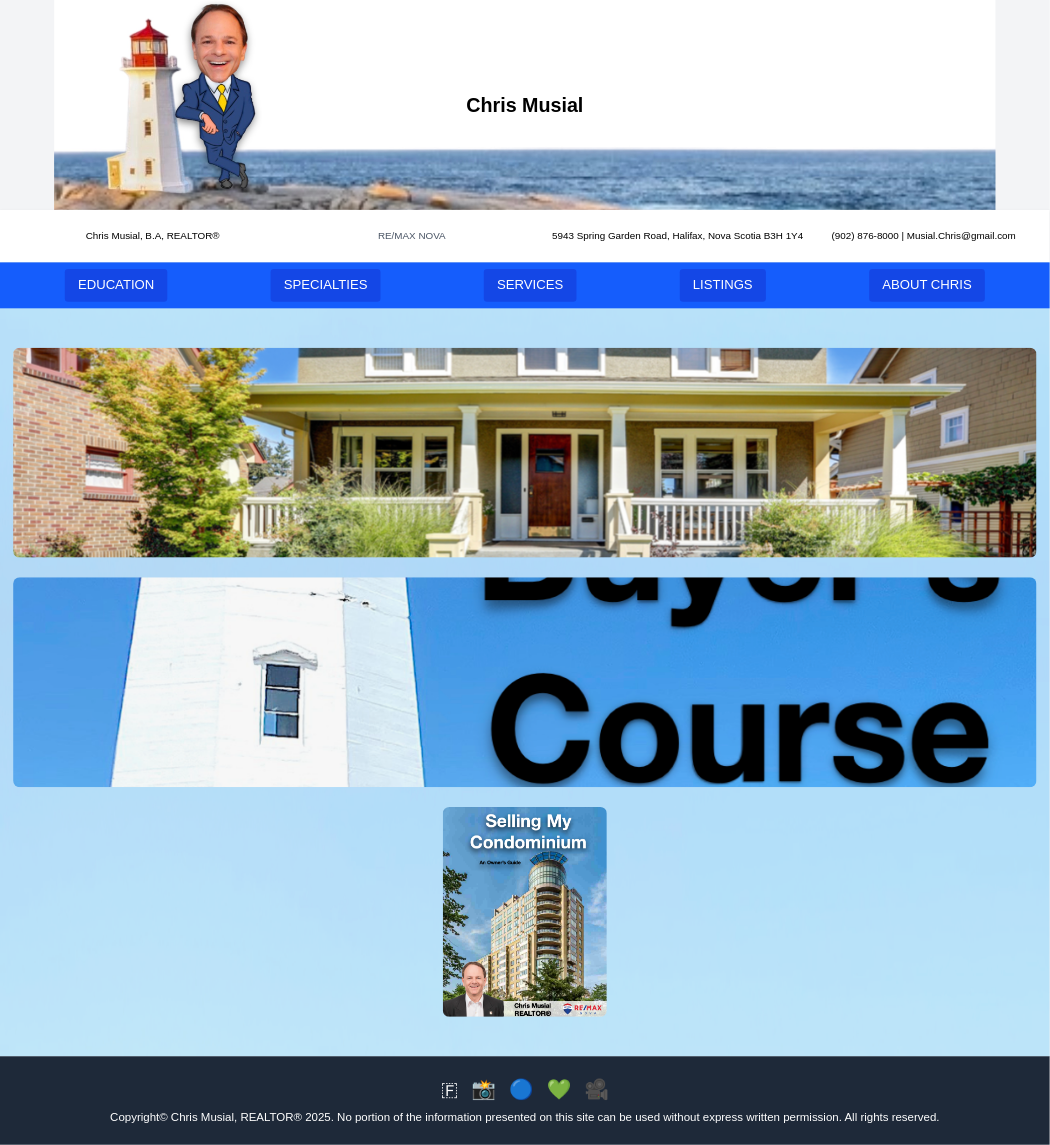
Repository: TMuse333/father-website
Page: / (app in frontend/)
These files come from the project's save history. The page is drawn as it stood at one moment and after a run of saves; the edit follows.
The browser window is 1280 px wide. The pictures show the whole page, at 82% of full size.
The project was rebuilt for these pictures with package versions that can differ from the ones it lists, and the page was loaded fresh each time. The framework's server and built-in components were replaced by stand-ins that run in the browser. Also part of the build but not shown: frontend/next.config.ts.

Above is the page before, as saved 2025-05-20 16:11:50.

### frontend/src/app/page.tsx
"use client"

import Image from 'next/image';
import { useState } from 'react';
import { Menu, X } from 'lucide-react';

export default function Home() {
  const [isMenuOpen, setIsMenuOpen] = useState(false);

  const toggleMenu = () => {
    setIsMenuOpen(!isMenuOpen);
  };

  return (
    <div className="min-h-screen bg-gray-100 relative text-black flex flex-col">
      {/* Header with Father Cove Image */}
      <header className="relative w-full">
        <div className="relative w-full h-64 flex">
        <h1 className="text-2xl font-bold text-black relative z-[2]
        text-center self-center m-auto">Chris Musial</h1>
          <Image
            src="/father-cove.jpg" // Replace with your header image path
            alt="Chris Musial Realtor"
            fill
            className="object-contain "
          />
        </div>
        <div className="max-w-7xl mx-auto py-6 flex flex-col sm:flex-row justify-between items-center bg-white shadow z-10 relative
        bg-red-200">

          <div className="text-center  flex md:flex-row w-screen
          justify-between items-center
           mx-auto px-2
          ">
            <div className='flex flex-col md:flex-row
            text-xs text-left md:text-center
            md:w-1/2 justify-around'>
            <p>Chris Musial, B.A, REALTOR®</p>
            <p className="text-xs text-gray-600">RE/MAX NOVA</p>
            </div>
            <div className='flex flex-col md:flex-row text-left
            px-4 md:text-center md:w-1/2 justify-around'>
            <p className="text-xs">5943 Spring Garden Road, Halifax, Nova Scotia B3H 1Y4</p>
            <p className="text-xs ">(902) 876-8000 | Musial.Chris@gmail.com</p>
            </div>

          </div>
          {/* <div className="w-24 h-12 relative">
            <Image
              src="/remax-logo.jpg" // Replace with your RE/MAX logo path
              alt="RE/MAX Nova"
              fill
              className="object-contain"
            />
          </div> */}
        </div>
      </header>

      {/* Main Content with Cityscape Background */}
      <div className="relative flex-1 w-full">
        <Image
          src="/portrait.png" // Replace with your cityscape image path
          alt="Cityscape"
          fill
          className="object-cover z-0"
        />

        <div className="relative z-10">
          {/* Navigation */}
          <nav className="bg-blue-600 text-white p-2">
            <div className="max-w-7xl mx-auto px-4">
              {/* Mobile Menu Button */}
              <div className="flex justify-between items-center md:hidden">
                <button onClick={toggleMenu} className="p-2 focus:outline-none">
                  {isMenuOpen ? <X size={24} /> : <Menu size={24} />}
                </button>
              </div>

              {/* Menu Items */}
              <div
                className={`${
                  isMenuOpen ? 'flex' : 'hidden'
                } md:flex flex-col md:flex-row md:justify-around md:space-x-4 space-y-2 md:space-y-0 py-2 md:py-0 transition-all duration-300 ease-in-out`}
              >
                <a
                  href="#education"
                  className="px-4 py-2 bg-blue-700 rounded hover:bg-blue-800 text-center"
                  onClick={() => setIsMenuOpen(false)}
                >
                  EDUCATION
                </a>
                <a
                  href="#specialties"
                  className="px-4 py-2 bg-blue-700 rounded hover:bg-blue-800 text-center"
                  onClick={() => setIsMenuOpen(false)}
                >
                  SPECIALTIES
                </a>
                <a
                  href="#services"
                  className="px-4 py-2 bg-blue-700 rounded hover:bg-blue-800 text-center"
                  onClick={() => setIsMenuOpen(false)}
                >
                  SERVICES
                </a>
                <a
                  href="#listings"
                  className="px-4 py-2 bg-blue-700 rounded hover:bg-blue-800 text-center"
                  onClick={() => setIsMenuOpen(false)}
                >
                  LISTINGS
                </a>
                <a
                  href="#about"
                  className="px-4 py-2 bg-blue-700 rounded hover:bg-blue-800 text-center"
                  onClick={() => setIsMenuOpen(false)}
                >
                  ABOUT CHRIS
                </a>
              </div>
            </div>
          </nav>

          {/* Brochure Section */}
          <section className="max-w-7xl mx-auto px-4 py-12 flex flex-col gap-6">
          {/* <h2 className='text-4xl relative z-2'>Hello!</h2> */}
            <div className="relative h-64">
              <Image
                src="/home.png" // Replace with your "Home Buyer's Course" image path
                alt="Home Buyer's Course"
                fill
                className="object-cover rounded-lg"
              />
            </div>
            <div className="relative h-64">
              <Image
                 src="/buyer.png" // Replace with your "Selling My Home" image path
                alt="Selling My Home"
                fill
                className="object-cover rounded-lg"
              />
            </div>
            <div className="relative h-64">
              <Image
                 src="/condo.png" // Replace with your "Selling My Condominium" image path
                alt="Selling My Condominium"
                fill
                className="object-cover rounded-lg
                w-[70vw] mx-auto object-cover
                max-w-[200px] md:mr-auto"
              />
            </div>
          </section>
        </div>
      </div>

      {/* Footer */}
      <footer className="bg-gray-800 text-white py-6">
        <div className="max-w-7xl mx-auto px-4 flex flex-col items-center">
          <div className="flex space-x-4 mb-2">
            <a href="#"><span className="text-2xl">🇫</span></a>
            <a href="#"><span className="text-2xl">📸</span></a>
            <a href="#"><span className="text-2xl">🔵</span></a>
            <a href="#"><span className="text-2xl">💚</span></a>
            <a href="#"><span className="text-2xl">🎥</span></a>
          </div>
          <p className="text-sm">Copyright© Chris Musial, REALTOR® 2025. No portion of the information presented on this site can be used without express written permission. All rights reserved.</p>
        </div>
      </footer>
    </div>
  );
}

Loaded but not shown: frontend/src/app/layout.tsx (common file); frontend/src/app/globals.css (common file)

After the next 2 saves:
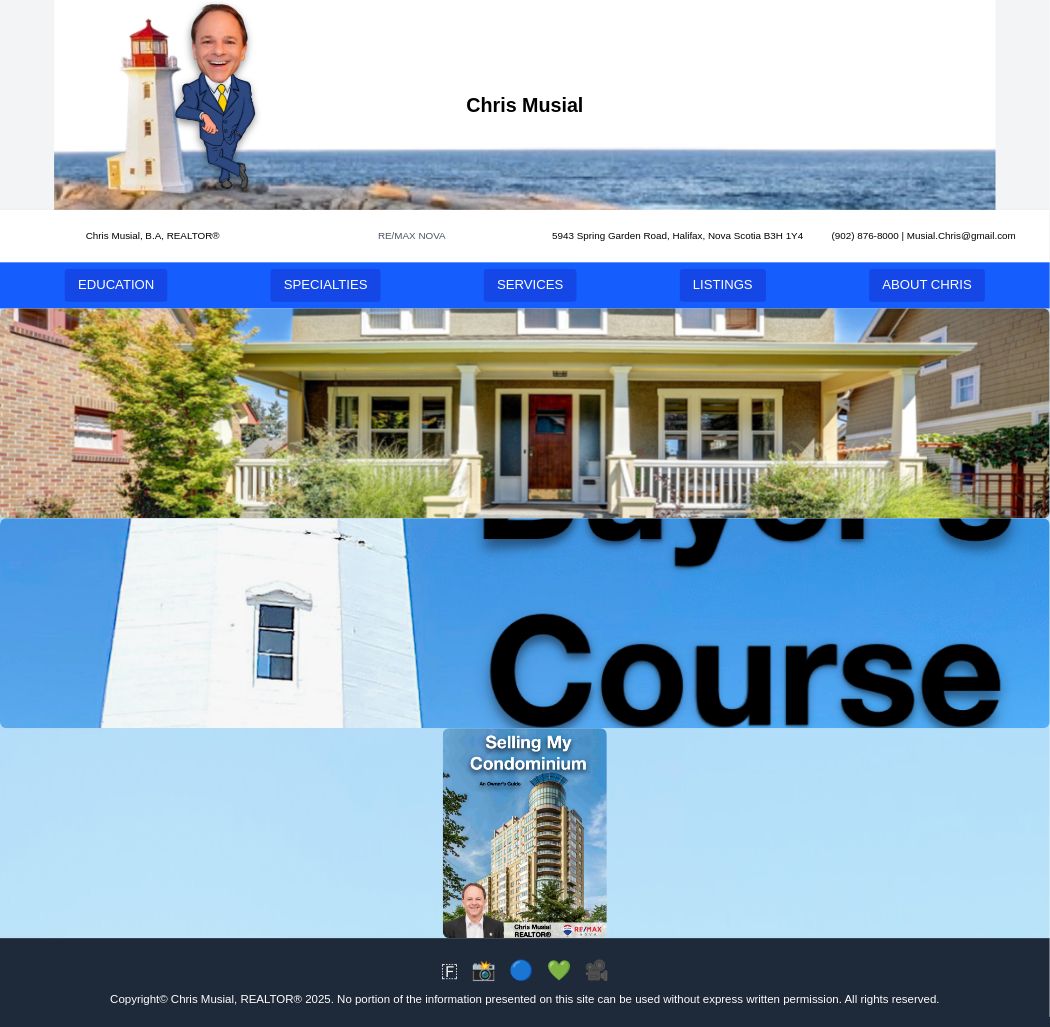
The 2 saves are shown as one change because they came seconds apart.
The last was saved 25 s later.
--- a/frontend/src/app/page.tsx
+++ b/frontend/src/app/page.tsx
@@ -122,7 +122,7 @@
           </nav>
 
           {/* Brochure Section */}
-          <section className="max-w-7xl mx-auto px-4 py-12 flex flex-col gap-6">
+          <section className="w-screen ">
           {/* <h2 className='text-4xl relative z-2'>Hello!</h2> */}
             <div className="relative h-64">
               <Image
